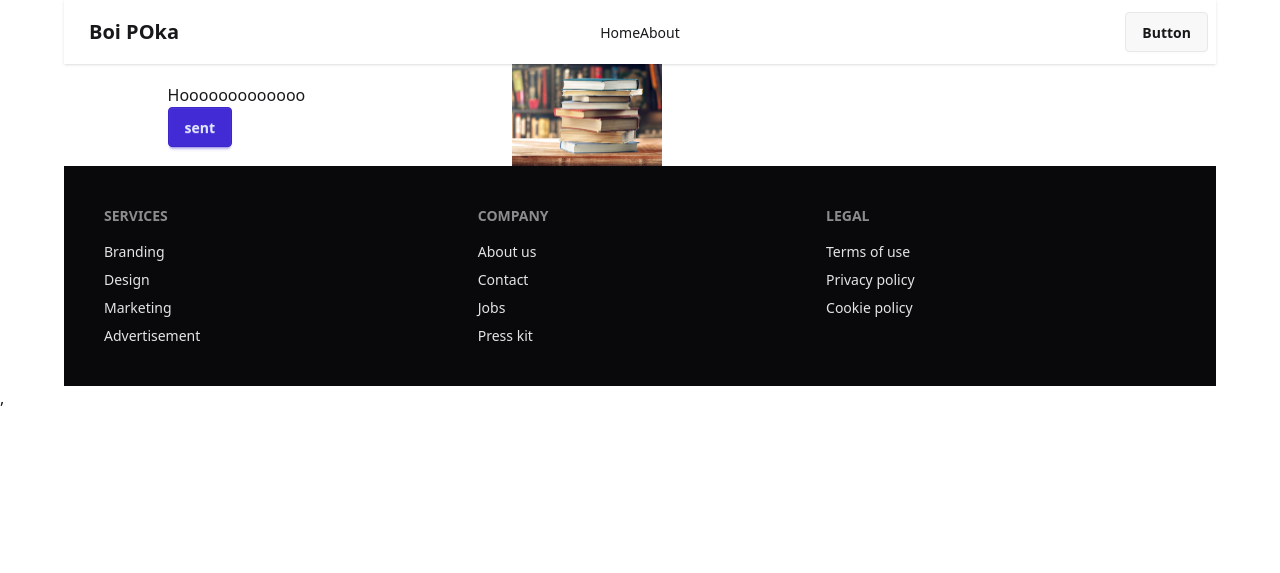
Repository: SanjidaSnigdha/Boipoka-Book-Vibe-Project
Page: /
An editor plug-in stored every save of this project. The page is shown before and after the next save, followed by the edit.
The browser window is 1280 px wide. The pictures show the whole page.
The project was rebuilt for these pictures with package versions that can differ from the ones it lists, and the page was loaded fresh each time. Also part of the build but not shown: vite.config.js, src/App.css, src/App.jsx, src/Pages/Root/ErrorPage/ErrorPage.jsx.

Above is the page before, as saved 2026-05-12 11:49:09.

### index.html
<!doctype html>
<html lang="en">
  <head>
    <meta charset="UTF-8" />
    <link rel="icon" type="image/svg+xml" href="/favicon.svg" />
    <meta name="viewport" content="width=device-width, initial-scale=1.0" />
    <title>boipuka</title>
  </head>
  <body>
    <div id="root"></div>
    <script type="module" src="/src/main.jsx"></script>
  </body>
</html>

### src/main.jsx
import { StrictMode } from 'react'
import { createRoot } from 'react-dom/client'
import './index.css'
import App from './App.jsx'
import {
  RouterProvider,
} from "react-router";
import { router } from './Routes/Routes.jsx';




createRoot(document.getElementById('root')).render(
  <StrictMode>
     <RouterProvider router={router} />,
  </StrictMode>,
)

### src/index.css
@import "tailwindcss";
@plugin "daisyui" {
themes : light --default, dark --prefersdark;
themes: light --default;
}
   dark mode to light mode ( index.css)

### src/Routes/Routes.jsx
import React from 'react';
import {
  createBrowserRouter,
} from "react-router";
import Root from '../Pages/Root/Root';
import ErrorPage from '../Pages/Root/ErrorPage/ErrorPage';
import { Component } from 'react';
import Home from '../Pages/Home/Home';

 export const router = createBrowserRouter([
  {
    path: "/",
    Component: Root,
    errorElement: <ErrorPage></ErrorPage>,
    children: [
      {
      index: true,
      path: '/',
      Component: Home

    },
  ],
},
]);

### src/Pages/Root/Root.jsx
import React from 'react';
import Navbar from '../../Components/Header/Navbar/Navbar';
import { Outlet } from 'react-router';
import Footer from '../../Components/Footer/Footer';

const Root = () => {
    return (
        <div className='max-w-6xl mx-auto'>
            <Navbar></Navbar>
            <Outlet></Outlet>
            <Footer></Footer>

        </div>
    );
};

export default Root;

### src/Pages/Home/Home.jsx
import React from 'react';
import Banner from '../../Components/Banner/Banner';

const Home = () => {
    return (
        <div>
            <Banner></Banner>
        </div>
    );
};

export default Home;

### src/Components/Header/Navbar/Navbar.jsx
import React from 'react';

const Navbar = () => {
    const links = <>
      <li>Home</li>
      <li>About</li>
    </>
    return (
        <div className="navbar bg-base-100 shadow-sm">
  <div className="navbar-start">
    <div className="dropdown">
      <div tabIndex={0} role="button" className="btn btn-ghost lg:hidden">
        <svg xmlns="http://www.w3.org/2000/svg" className="h-5 w-5" fill="none" viewBox="0 0 24 24" stroke="currentColor"> <path strokeLinecap="round" strokeLinejoin="round" strokeWidth="2" d="M4 6h16M4 12h8m-8 6h16" /> </svg>
      </div>
      <ul
        tabIndex="-1"
        className="menu menu-sm dropdown-content bg-base-100 rounded-box z-1 mt-3 w-52 p-2 shadow">
       {links}
      </ul>
    </div>
    <a className="btn btn-ghost text-xl">Boi POka</a>
  </div>
  <div className="navbar-center hidden lg:flex">
    <ul className="menu menu-horizontal px-1">
      {links}
    </ul>
  </div>
  <div className="navbar-end">
    <a className="btn">Button</a>
  </div>
</div>
    );
};

export default Navbar;

### src/Components/Footer/Footer.jsx
import React from 'react';

const Footer = () => {
    return (
        <footer className="footer sm:footer-horizontal bg-neutral text-neutral-content p-10">
  <nav>
    <h6 className="footer-title">Services</h6>
    <a className="link link-hover">Branding</a>
    <a className="link link-hover">Design</a>
    <a className="link link-hover">Marketing</a>
    <a className="link link-hover">Advertisement</a>
  </nav>
  <nav>
    <h6 className="footer-title">Company</h6>
    <a className="link link-hover">About us</a>
    <a className="link link-hover">Contact</a>
    <a className="link link-hover">Jobs</a>
    <a className="link link-hover">Press kit</a>
  </nav>
  <nav>
    <h6 className="footer-title">Legal</h6>
    <a className="link link-hover">Terms of use</a>
    <a className="link link-hover">Privacy policy</a>
    <a className="link link-hover">Cookie policy</a>
  </nav>
</footer>
    );
};

export default Footer;

### src/Components/Banner/Banner.jsx
import React from 'react';
import bookImage from '../../assets/books.jpg'

const Banner = () => {
    return (
        <div className='flex justify-around items-center'>
            <diV>
            <h1>Hooooooooooooo</h1>
            <button className='btn btn-primary'>sent</button>
            </diV>
            <div>
               <img className='w-3/12' src={bookImage} alt="" />
            </div>
        </div>
    );
};

export default Banner;

After the next save:
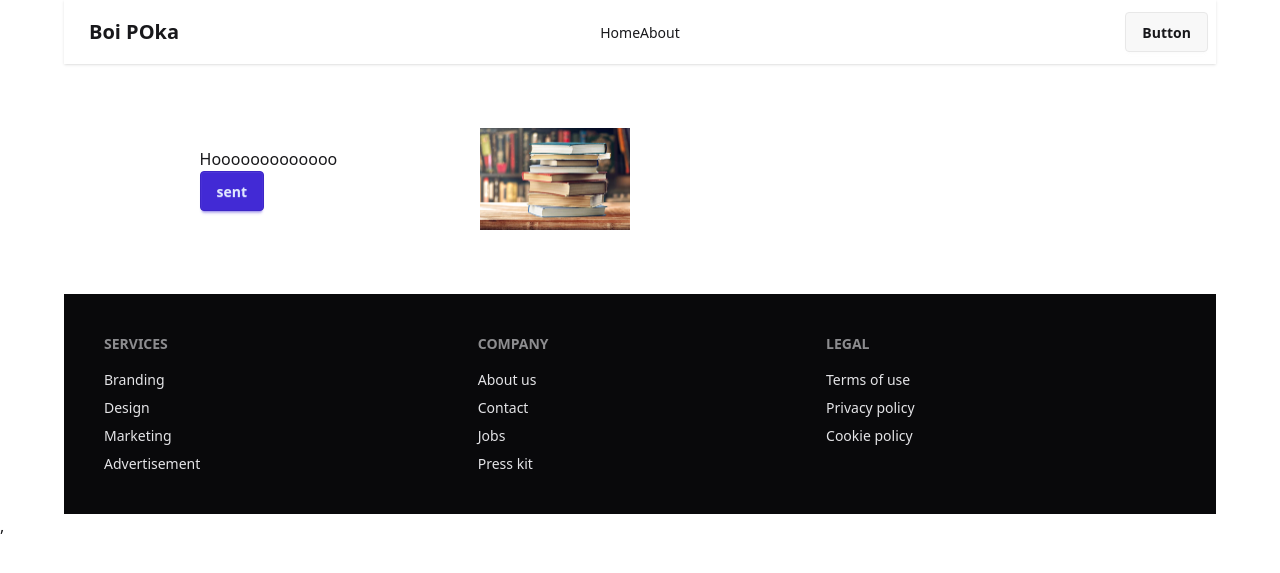
Saved 2 min 41 s later.
--- a/src/Components/Banner/Banner.jsx
+++ b/src/Components/Banner/Banner.jsx
@@ -3,7 +3,7 @@ import bookImage from '../../assets/books.jpg'
 
 const Banner = () => {
     return (
-        <div className='flex justify-around items-center'>
+        <div className='flex justify-around items-center p-16'>
             <diV>
             <h1>Hooooooooooooo</h1>
             <button className='btn btn-primary'>sent</button>
